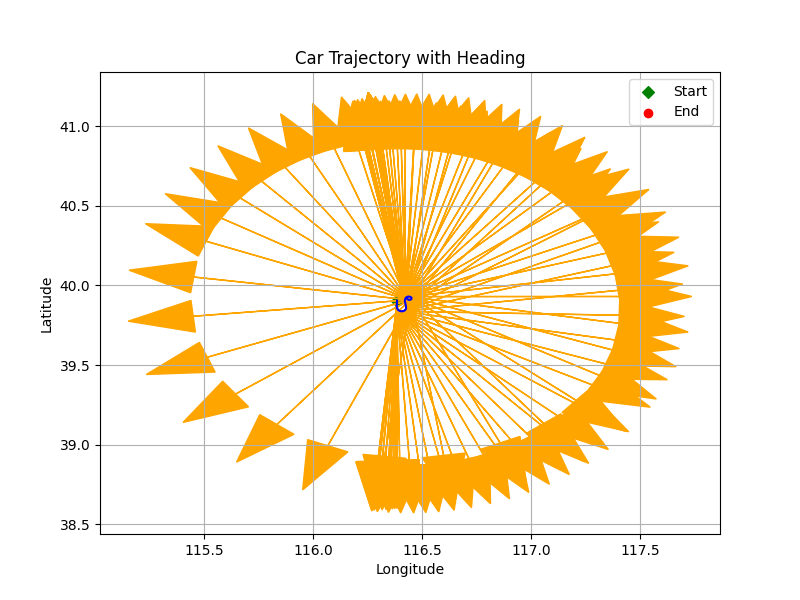
Repository: ct5ctl/ExperimentPlatform
Script's output: python 代码/log_visual.py
These files come from the project's save history. The script's output is drawn as it stood at one moment and after the next save; the edit follows.
Random numbers start from a fixed seed.

Above is the script's output before, as saved 2023-12-14 09:31:02.

After the next save:
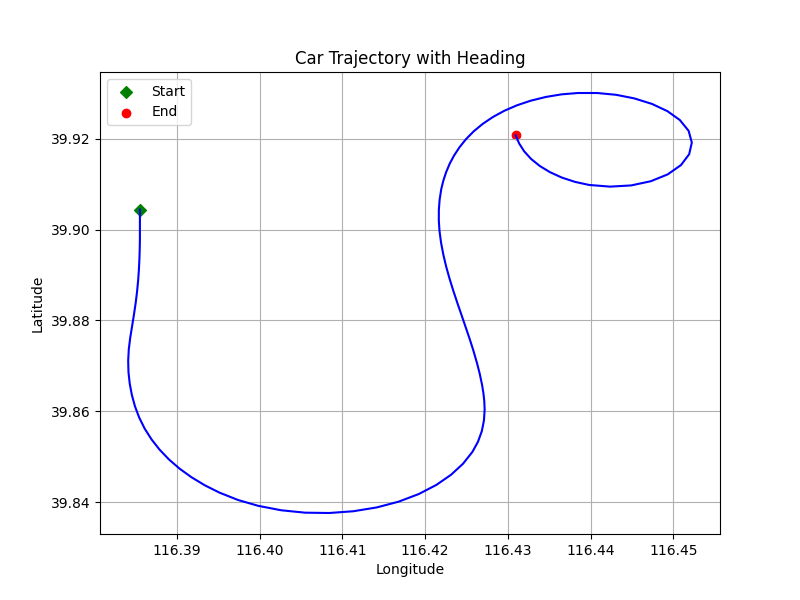
Saved 32 s later.
--- a/代码/log_visual.py
+++ b/代码/log_visual.py
@@ -28,13 +28,13 @@ plt.plot(x, y, linestyle='-', color='b')
 plt.scatter(x[0], y[0], marker='D', color='g', label='Start')
 plt.scatter(x[-1], y[-1], marker='o', color='r', label='End')
 
-# 添加航向箭头
-for i in range(len(positions)):
-    pos = positions[i]
-    theta = thetas[i]
-    dx = np.cos(np.deg2rad(theta))  # 计算箭头的x方向增量
-    dy = np.sin(np.deg2rad(theta))  # 计算箭头的y方向增量
-    plt.arrow(pos[0], pos[1], dx, dy, head_width=0.2, head_length=0.3, fc='orange', ec='orange')
+# # 添加航向箭头
+# for i in range(len(positions)):
+#     pos = positions[i]
+#     theta = thetas[i]
+#     dx = np.cos(np.deg2rad(theta))  # 计算箭头的x方向增量
+#     dy = np.sin(np.deg2rad(theta))  # 计算箭头的y方向增量
+#     plt.arrow(pos[0], pos[1], dx, dy, head_width=0.2, head_length=0.3, fc='orange', ec='orange')
 
 plt.xlabel('Longitude')
 plt.ylabel('Latitude')
